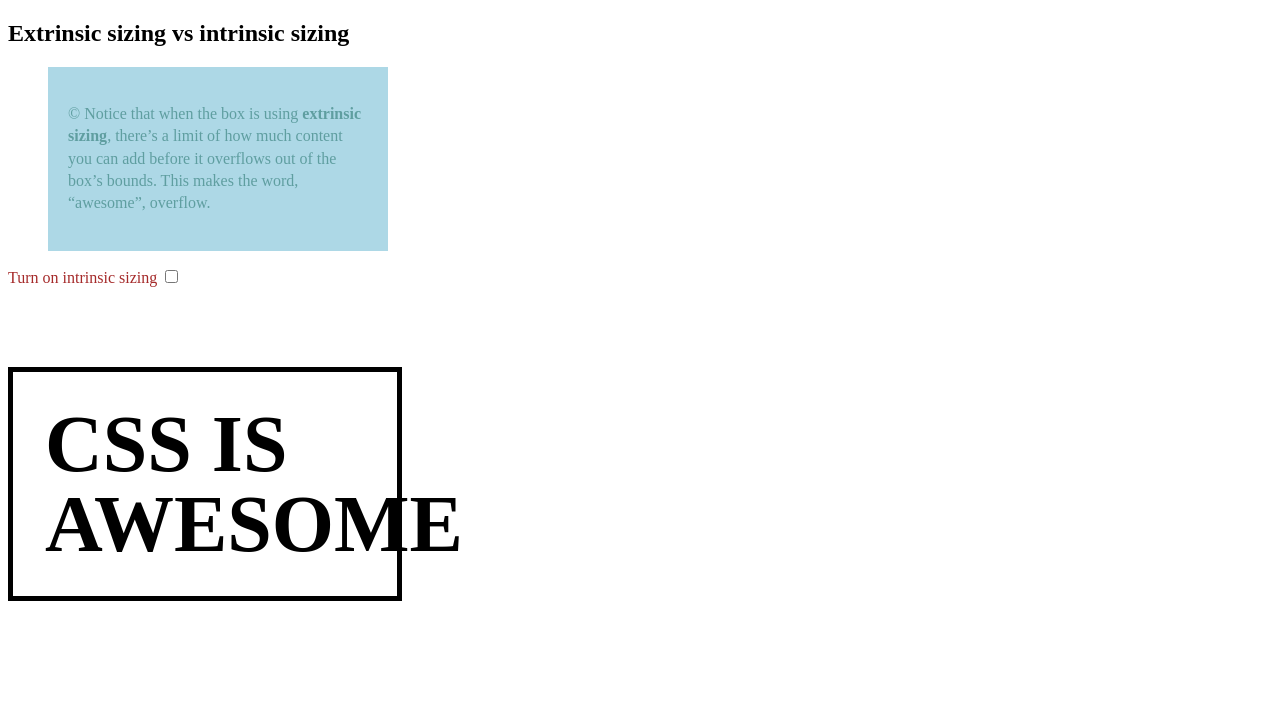
Repository: sristigupta04/basic-js-project
Page: box model/box.html
An editor plug-in stored every save of this project. The page is shown before and after the next save, followed by the edit.
The browser window is 1280 px wide. The pictures show the whole page.

Above is the page before, as saved 2025-11-03 00:50:34.

After the next save:
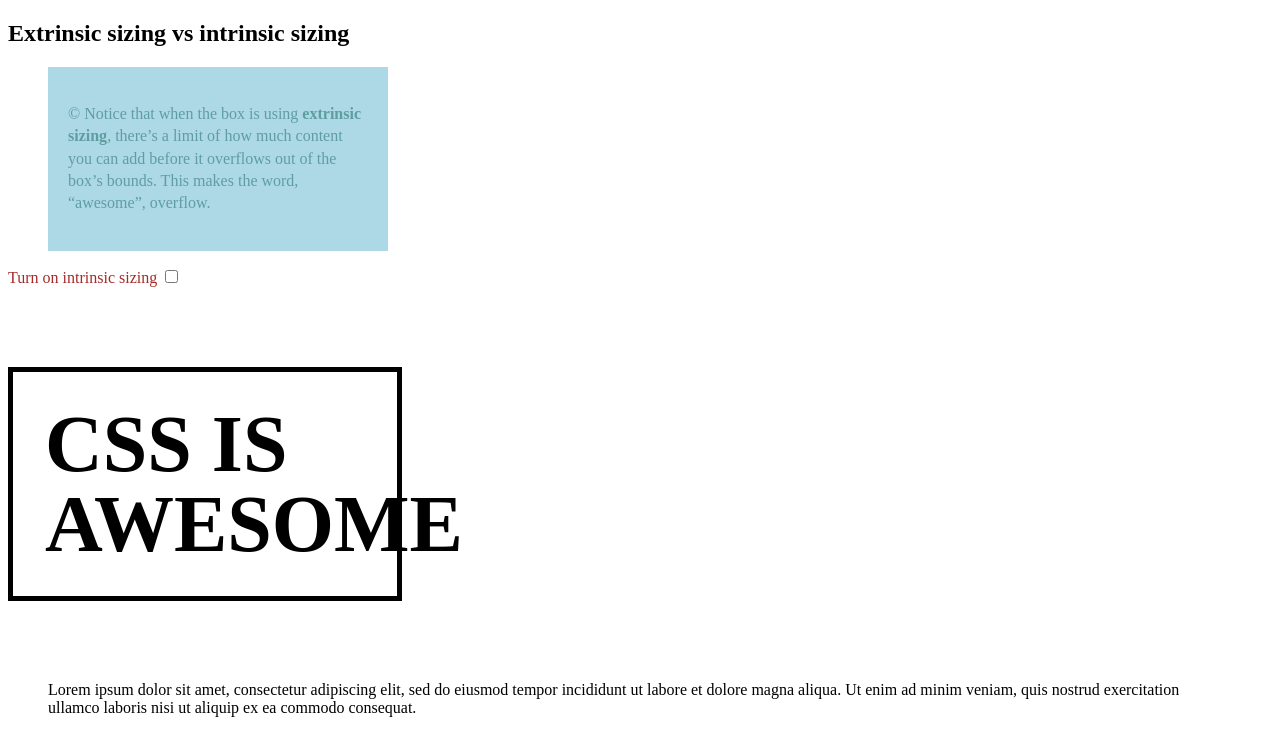
Saved 18 min 4 s later.
--- a/box model/box.html
+++ b/box model/box.html
@@ -28,6 +28,9 @@
       <p class="awesome" data-element="awesome">CSS is awesome</p>
     </article>
   </div>
+  <article class="flow">
+  <blockquote>Lorem ipsum dolor sit amet, consectetur adipiscing elit, sed do eiusmod tempor incididunt ut labore et dolore magna aliqua. Ut enim ad minim veniam, quis nostrud exercitation ullamco laboris nisi ut aliquip ex ea commodo consequat.</blockquote>
+</article>
   <script src="box.js"></script>
 </main>
 </body>
